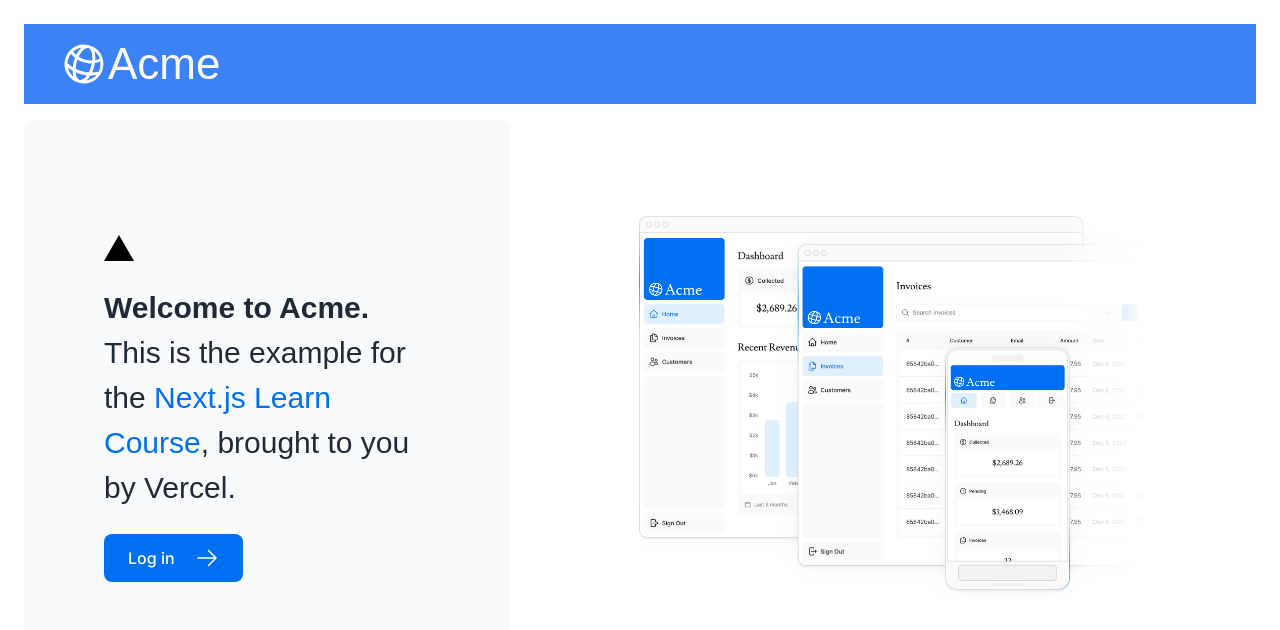
Repository: rlhardrock/NextJS
Page: /
An editor plug-in stored every save of this project. The page is shown before and after the next save, followed by the edit.
The browser window is 1280 px wide. The pictures show the whole page.
Some web fonts or font styles are not loaded; a fallback is used. The project was rebuilt for these pictures with package versions that can differ from the ones it lists, and the page was loaded fresh each time. The framework's server and built-in components were replaced by stand-ins that run in the browser. Also part of the build but not shown: next.config.ts.

Above is the page before, as saved 2024-12-15 21:17:07.

After the next save:
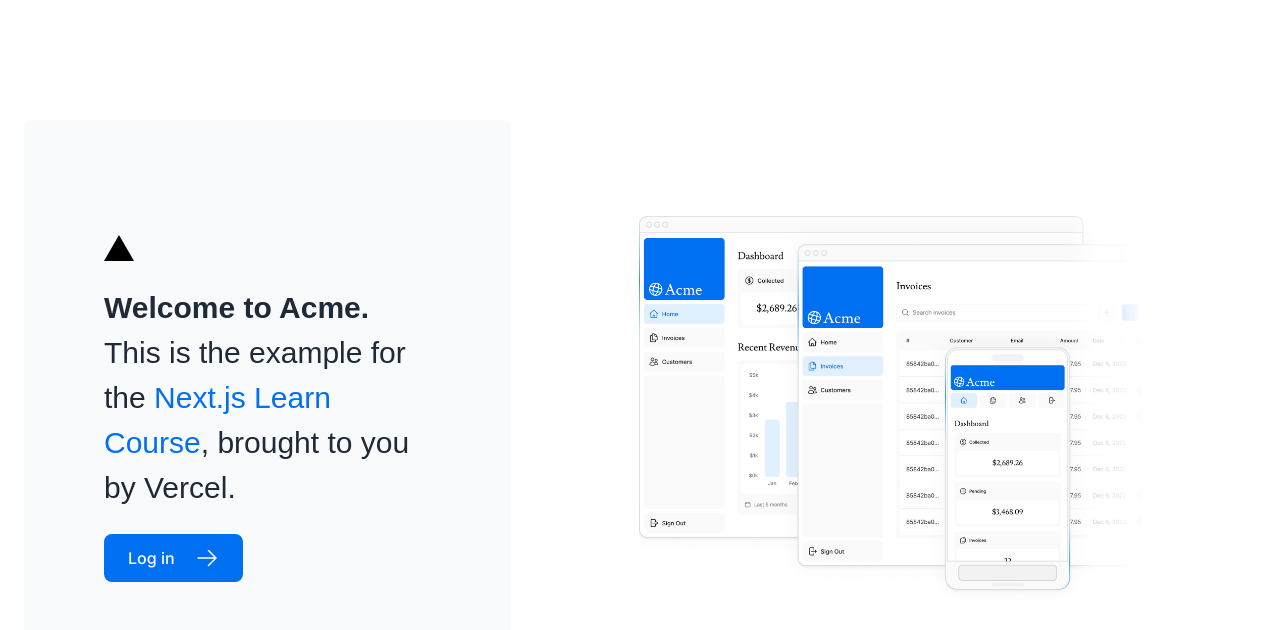
Saved 6 s later.
--- a/app/ui/home.module.css
+++ b/app/ui/home.module.css
@@ -8,7 +8,7 @@
   height: 5rem; /* Corresponde a "h-20" */
   flex-shrink: 0; /* Corresponde a "shrink-0" */
   align-items: flex-end; /* Corresponde a "items-end" */
-  /* border-radius: 0.5rem; Corresponde a "rounded-lg" */
+  border-radius: 0.5rem; Corresponde a "rounded-lg"
   background-color: #3b82f6; /* Corresponde a "bg-blue-500" */
   padding: 1rem; /* Corresponde a "p-4" */
 }

After the save that followed:
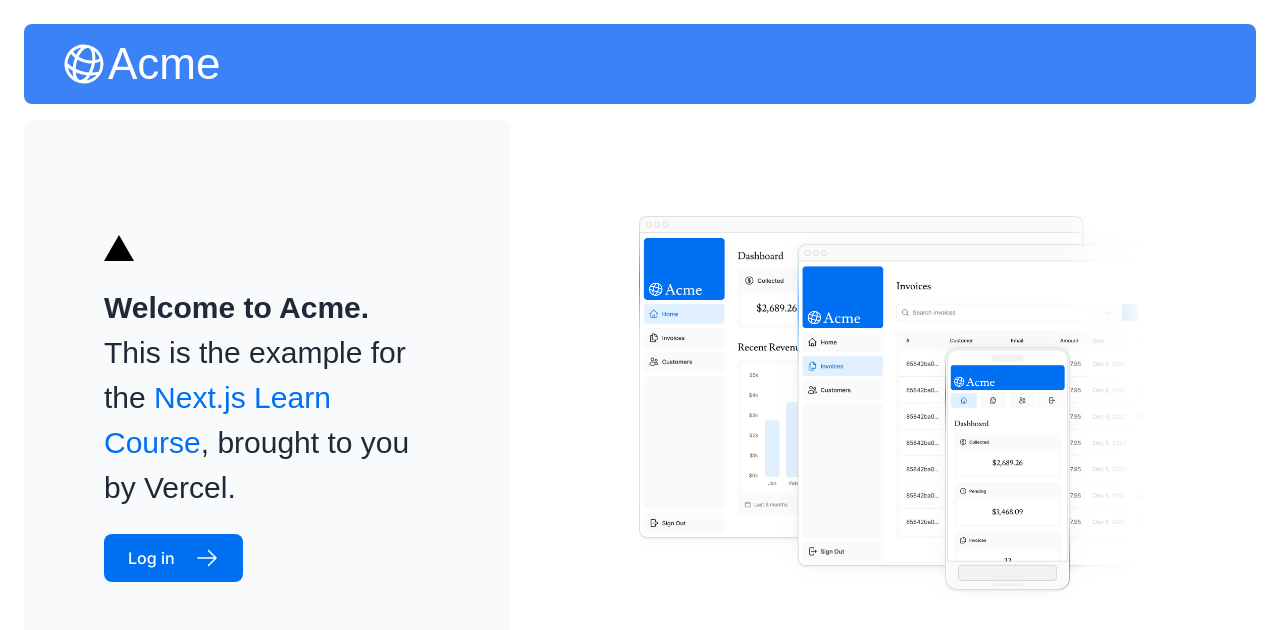
Saved 12 s later.
--- a/app/ui/home.module.css
+++ b/app/ui/home.module.css
@@ -8,7 +8,7 @@
   height: 5rem; /* Corresponde a "h-20" */
   flex-shrink: 0; /* Corresponde a "shrink-0" */
   align-items: flex-end; /* Corresponde a "items-end" */
-  border-radius: 0.5rem; Corresponde a "rounded-lg"
+  border-radius: 0.5rem;
   background-color: #3b82f6; /* Corresponde a "bg-blue-500" */
   padding: 1rem; /* Corresponde a "p-4" */
 }
